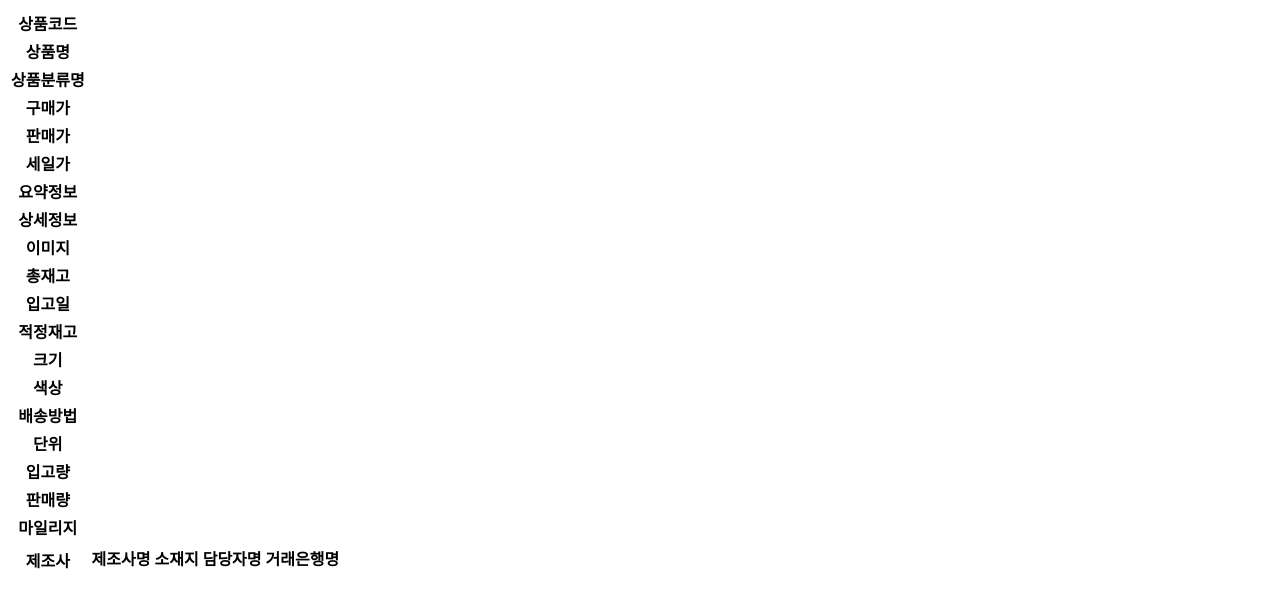
Repository: hoseolkim/restart
Page: http://localhost/WebStudy03_Mybatis/WEB-INF/views/prod/prodView.jsp
The author's editor kept a copy of each file at every save. The page is drawn from the files as they stood at one save, then again after a run of saves.
The browser window is 1280 px wide. The pictures show the whole page.
The page is served by Tomcat 9. Nobody is signed in. Other server files are loaded and not shown. The template is opened directly, without the code that normally fills it, so the values that code supplies are empty.

Above is the page before, as saved 2023-10-02 05:13:24.

### WebStudy03_Mybatis/src/main/webapp/WEB-INF/views/prod/prodView.jsp
<%@ page language="java" contentType="text/html; charset=UTF-8"
    pageEncoding="UTF-8"%>
<%@ taglib uri="http://java.sun.com/jsp/jstl/core" prefix="c" %>
<table class="table table-bordered">
	<tr>
		<th>상품코드</th>
		<td>${prod.prodId}</td>
	</tr>
	<tr>
		<th>상품명</th>
		<td>${prod.prodName}</td>
	</tr>
	<tr>
		<th>상품분류명</th>
		<td>${prod.lprod.lprodNm}</td>
	</tr>
	<tr>
		<th>구매가</th>
		<td>${prod.prodCost}</td>
	</tr>
	<tr>
		<th>판매가</th>
		<td>${prod.prodPrice}</td>
	</tr>
	<tr>
		<th>세일가</th>
		<td>${prod.prodSale}</td>
	</tr>
	<tr>
		<th>요약정보</th>
		<td>${prod.prodOutline}</td>
	</tr>
	<tr>
		<th>상세정보</th>
		<td>${prod.prodDetail}</td>
	</tr>
	<tr>
		<th>이미지</th>
		<td>${prod.prodImg}</td>
	</tr>
	<tr>
		<th>총재고</th>
		<td>${prod.prodTotalstock}</td>
	</tr>
	<tr>
		<th>입고일</th>
		<td>${prod.prodInsdate}</td>
	</tr>
	<tr>
		<th>적정재고</th>
		<td>${prod.prodProperstock}</td>
	</tr>
	<tr>
		<th>크기</th>
		<td>${prod.prodSize}</td>
	</tr>
	<tr>
		<th>색상</th>
		<td>${prod.prodColor}</td>
	</tr>
	<tr>
		<th>배송방법</th>
		<td>${prod.prodDelivery}</td>
	</tr>
	<tr>
		<th>단위</th>
		<td>${prod.prodUnit}</td>
	</tr>
	<tr>
		<th>입고량</th>
		<td>${prod.prodQtyin}</td>
	</tr>
	<tr>
		<th>판매량</th>
		<td>${prod.prodQtysale}</td>
	</tr>
	<tr>
		<th>마일리지</th>
		<td>${prod.prodMileage}</td>
	</tr>
	<tr>
		<th>제조사</th>
		<td>
			<table class="table">
				<thead>
					<tr>
						<th>제조사명</th>
						<th>소재지</th>
						<th>담당자명</th>
						<th>거래은행명</th>
					</tr>
				</thead>
				<tbody>
					<tr>
						<c:set value="${prod.buyer }" var="buyer"></c:set>
						<td>${buyer.buyerName }</td>
						<td>${buyer.buyerAdd1 } ${buyer.buyerAdd2 }</td>
						<td>${buyer.buyerCharger }</td>
						<td>${buyer.buyerBank }</td>
					</tr>
				</tbody>
			</table>
		</td>
	</tr>
</table>

After the next 2 saves:
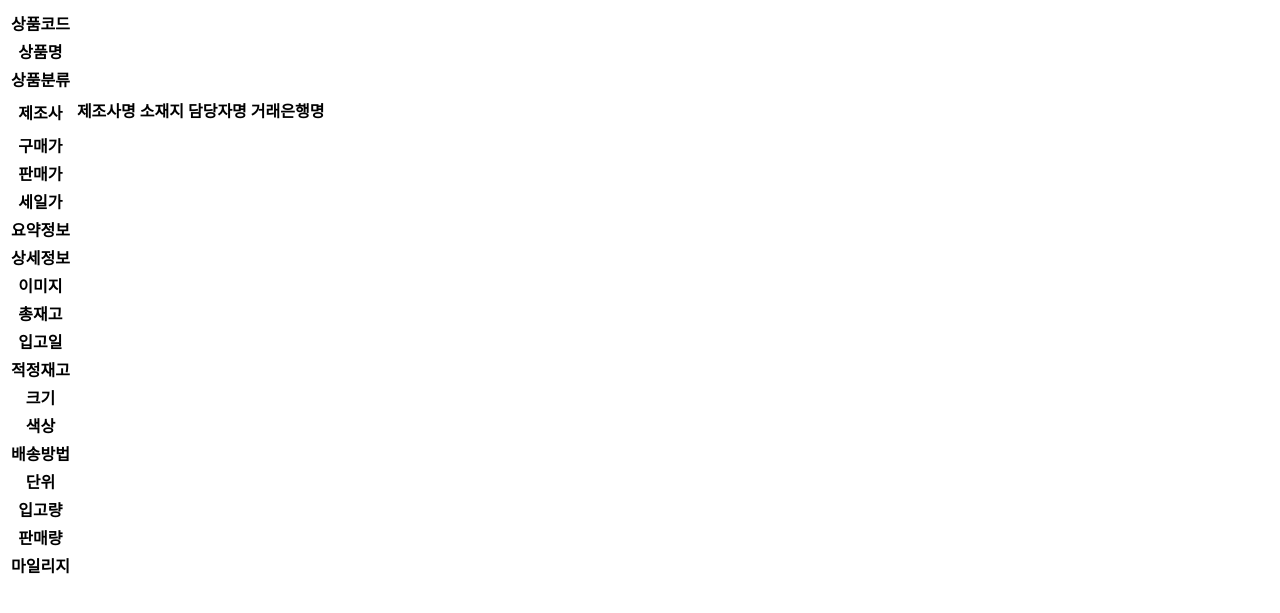
The 2 saves are shown as one change because they came seconds apart.
The last was saved 14 min 50 s later.
--- a/WebStudy03_Mybatis/src/main/webapp/WEB-INF/views/prod/prodView.jsp
+++ b/WebStudy03_Mybatis/src/main/webapp/WEB-INF/views/prod/prodView.jsp
@@ -11,8 +11,32 @@
 		<td>${prod.prodName}</td>
 	</tr>
 	<tr>
-		<th>상품분류명</th>
+		<th>상품분류</th>
 		<td>${prod.lprod.lprodNm}</td>
+	</tr>
+	<tr>
+		<th>제조사</th>
+		<td>
+			<table class="table">
+				<thead>
+					<tr>
+						<th>제조사명</th>
+						<th>소재지</th>
+						<th>담당자명</th>
+						<th>거래은행명</th>
+					</tr>
+				</thead>
+				<tbody>
+					<tr>
+						<c:set value="${prod.buyer }" var="buyer"></c:set>
+						<td>${buyer.buyerName }</td>
+						<td>${buyer.buyerAdd1 } ${buyer.buyerAdd2 }</td>
+						<td>${buyer.buyerCharger }</td>
+						<td>${buyer.buyerBank }</td>
+					</tr>
+				</tbody>
+			</table>
+		</td>
 	</tr>
 	<tr>
 		<th>구매가</th>
@@ -78,28 +102,5 @@
 		<th>마일리지</th>
 		<td>${prod.prodMileage}</td>
 	</tr>
-	<tr>
-		<th>제조사</th>
-		<td>
-			<table class="table">
-				<thead>
-					<tr>
-						<th>제조사명</th>
-						<th>소재지</th>
-						<th>담당자명</th>
-						<th>거래은행명</th>
-					</tr>
-				</thead>
-				<tbody>
-					<tr>
-						<c:set value="${prod.buyer }" var="buyer"></c:set>
-						<td>${buyer.buyerName }</td>
-						<td>${buyer.buyerAdd1 } ${buyer.buyerAdd2 }</td>
-						<td>${buyer.buyerCharger }</td>
-						<td>${buyer.buyerBank }</td>
-					</tr>
-				</tbody>
-			</table>
-		</td>
-	</tr>
+
 </table>
